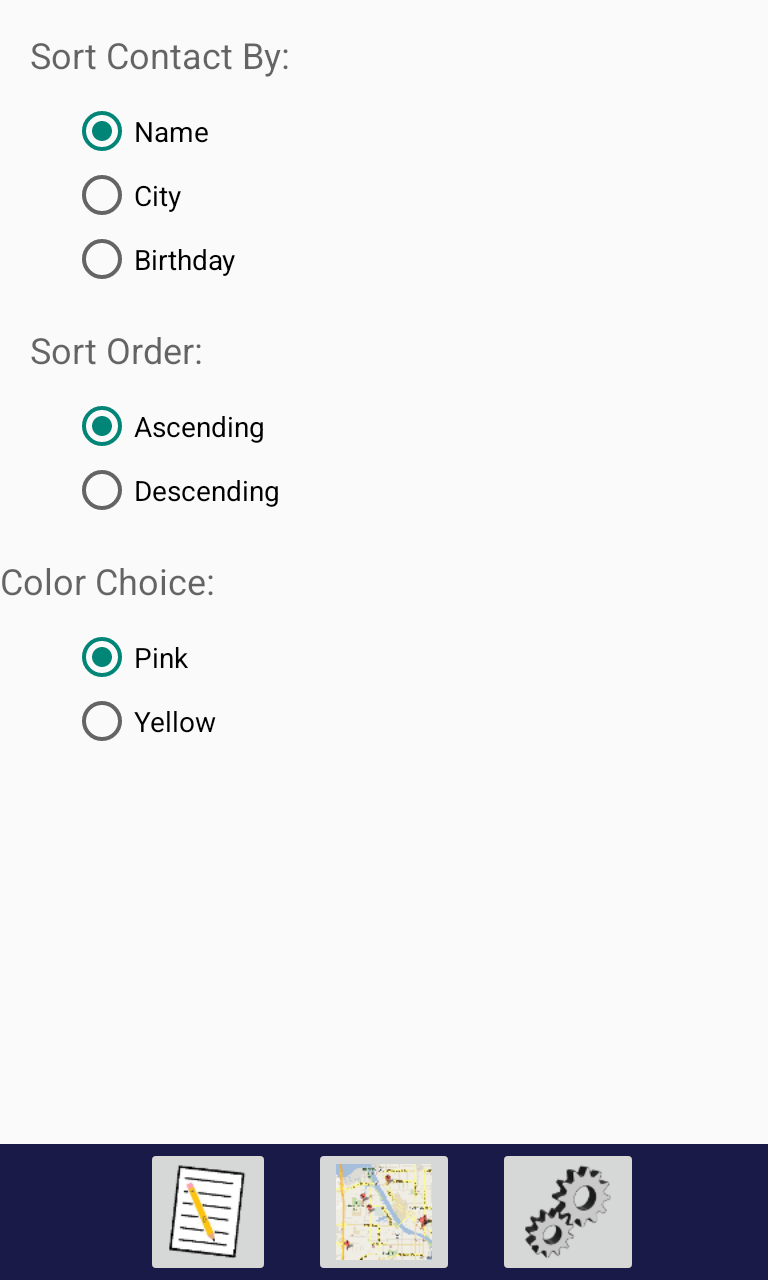
Repository: MobileApps-Cascadia/JenniferBronson_ExercisesChapter5
Layout: MyContactList/res/layout/activity_contact_settings.xml
An editor plug-in stored every save of this project. The layout is shown before and after the next save, followed by the edit.
It is drawn on a 768 x 1280 px phone screen (xhdpi) without system bars, with theme AppTheme; the app's code is not run.

Above is the layout before, as saved 2014-05-03 05:44:36.

### MyContactList/res/layout/activity_contact_settings.xml
<RelativeLayout xmlns:tools="http://schemas.android.com/tools"
    xmlns:android="http://schemas.android.com/apk/res/android"
    xmlns:android1="http://schemas.android.com/apk/res/android"
    android:layout_width="match_parent"
    android:layout_height="match_parent"
    tools:context=".ContactActivity" >

    <RelativeLayout
        android:id="@+id/navbar"
        android:layout_width="fill_parent"
        android:layout_height="wrap_content"
        android:layout_alignParentBottom="true"
        android:background="@color/navbar_background" >

        <ImageButton
            android:id="@+id/imageButtonList"
            android:layout_width="wrap_content"
            android:layout_height="wrap_content"
            android:layout_centerVertical="true"
            android:layout_marginRight="20dp"
            android:layout_toLeftOf="@+id/imageButtonMap"
            android:src="@drawable/contactlisticon" />

        <ImageButton
            android:id="@+id/imageButtonMap"
            android:layout_width="wrap_content"
            android:layout_height="wrap_content"
            android:layout_centerHorizontal="true"
            android:layout_centerVertical="true"
            android:layout_toRightOf="@+id/imageButton1"
            android:src="@drawable/mapicon" />

        <ImageButton
            android:id="@+id/imageButtonSettings"
            android:layout_width="wrap_content"
            android:layout_height="wrap_content"
            android:layout_centerVertical="true"
            android:layout_marginLeft="20dp"
            android:layout_toRightOf="@+id/imageButtonMap"
            android:src="@drawable/settingsicon" />
    </RelativeLayout>

    <TextView
        android:id="@+id/textView1"
        android:layout_width="wrap_content"
        android:layout_height="wrap_content"
        android:layout_alignParentLeft="true"
        android:layout_alignParentTop="true"
        android:layout_marginLeft="15dp"
        android:layout_marginTop="15dp"
        android:text="Sort Contact By:"
        android:textAppearance="?android:attr/textAppearanceMedium" />

    <RadioGroup
        android:id="@+id/radioGroup1"
        android:layout_width="wrap_content"
        android:layout_height="wrap_content"
        android:layout_alignParentLeft="true"
        android:layout_below="@+id/textView1"
        android:layout_marginLeft="35dp"
        android:layout_marginTop="10dp" >

        <RadioButton
            android:id="@+id/radioName"
            android:layout_width="wrap_content"
            android:layout_height="wrap_content"
            android:checked="true"
            android:text="Name" />

        <RadioButton
            android:id="@+id/radioCity"
            android:layout_width="wrap_content"
            android:layout_height="wrap_content"
            android:text="City" />

        <RadioButton
            android:id="@+id/radioBirthday"
            android:layout_width="wrap_content"
            android:layout_height="wrap_content"
            android:text="Birthday" />
    </RadioGroup>

    <TextView
        android1:id="@+id/textView2"
        android1:layout_width="wrap_content"
        android1:layout_height="wrap_content"
        android1:layout_alignLeft="@+id/textView1"
        android1:layout_below="@+id/radioGroup1"
        android1:layout_marginTop="17dp"
        android1:text="Sort Order:"
        android1:textAppearance="?android:attr/textAppearanceMedium" />

    <RadioGroup
        android:id="@+id/radioGroup2"
        android:layout_width="wrap_content"
        android:layout_height="wrap_content"
        android:layout_alignParentLeft="true"
        android:layout_below="@+id/textView2"
        android:layout_marginLeft="35dp"
        android:layout_marginTop="10dp" >

        <RadioButton
            android:id="@+id/radioAscending"
            android:layout_width="wrap_content"
            android:layout_height="wrap_content"
            android:checked="true"
            android:text="Ascending" />

        <RadioButton
            android:id="@+id/radioDescending"
            android:layout_width="wrap_content"
            android:layout_height="wrap_content"
            android:text="Descending" />
    </RadioGroup>

    <TextView
        android1:id="@+id/textView3"
        android1:layout_width="wrap_content"
        android1:layout_height="wrap_content"
        android1:layout_alignLeft="@+id/textView2"
        android1:layout_marginTop="17dp"
        android1:layout_alignParentLeft="true"
        android1:layout_below="@+id/radioGroup2"
        android1:text="Color Choice:"
        android1:textAppearance="?android:attr/textAppearanceMedium" />

    <RadioGroup
        android1:id="@+id/radioGroup3"
        android1:layout_width="wrap_content"
        android1:layout_height="wrap_content"
         android:layout_below="@+id/textView3"
        android1:layout_alignParentLeft="true"
        android:layout_marginLeft="35dp"
        android:layout_marginTop="10dp" >

        <RadioButton
            android1:id="@+id/radioColor1"
            android1:layout_width="wrap_content"
            android1:layout_height="wrap_content"
            android1:checked="true"
            android1:text="Pink" />

        <RadioButton
            android1:id="@+id/radioColor2"
            android1:layout_width="wrap_content"
            android1:layout_height="wrap_content"
            android1:text="Yellow" />

    </RadioGroup>

</RelativeLayout>

### MyContactList/res/values/color.xml
<?xml version="1.0" encoding="utf-8"?>
<resources>
    <color name="navbar_background">#1a1a48</color>
    <color name="toolbar_background">#bebebe</color>
    <color name="dataEntry_background">#a8a8e0</color>

</resources>

Loaded but not shown: MyContactList/res/values/styles.xml (common file); MyContactList/res/values-v11/styles.xml (common file); MyContactList/res/values-v14/styles.xml (common file)

After the next save:
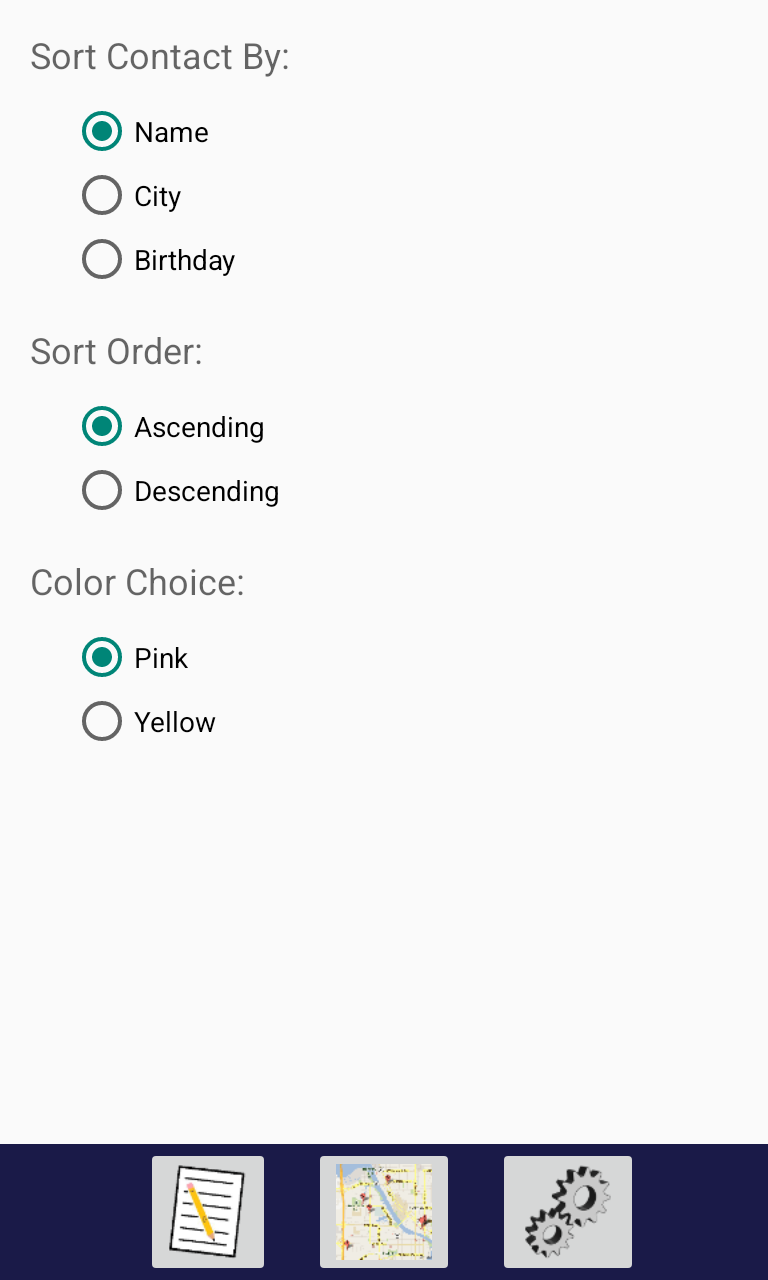
Saved 2 min 5 s later.
--- a/MyContactList/res/layout/activity_contact_settings.xml
+++ b/MyContactList/res/layout/activity_contact_settings.xml
@@ -119,7 +119,7 @@
         android1:layout_height="wrap_content"
         android1:layout_alignLeft="@+id/textView2"
         android1:layout_marginTop="17dp"
-        android1:layout_alignParentLeft="true"
+
         android1:layout_below="@+id/radioGroup2"
         android1:text="Color Choice:"
         android1:textAppearance="?android:attr/textAppearanceMedium" />
